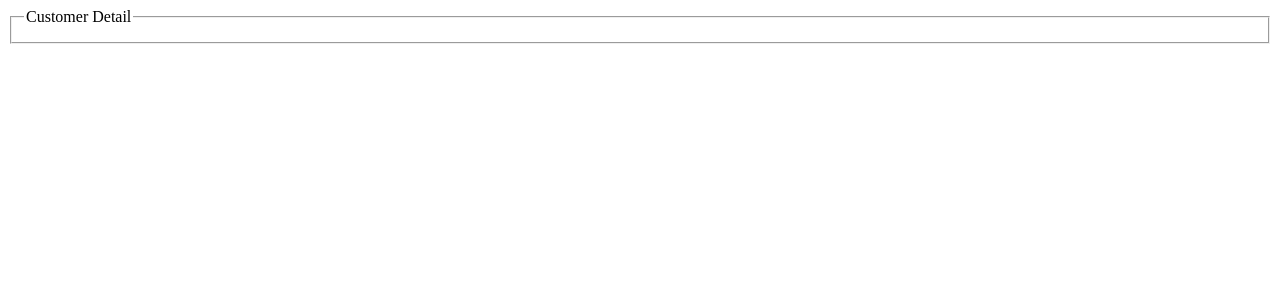
Repository: viram703/SpringBoot
Page: http://localhost/BootJpa/home.jsp
An editor plug-in stored every save of this project. The page is shown before and after the next save, followed by the edit.
The browser window is 1280 px wide. The pictures show the whole page.
The page is served by Tomcat 9.

Above is the page before, as saved 2020-02-21 09:34:01.

After the next save:
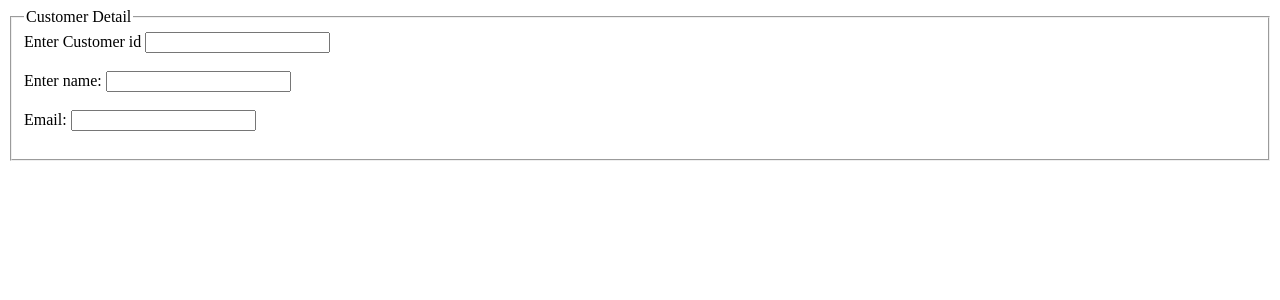
Saved 23 s later.
--- a/Boot/BootJpa/src/main/webapp/home.jsp
+++ b/Boot/BootJpa/src/main/webapp/home.jsp
@@ -9,7 +9,18 @@
 <body>
 <fieldset>
 <legend>Customer Detail</legend>
-<form action="addCustomer"></form>
+<form action="addCustomer">
+
+						<label>Enter Customer id</label>
+						<input type="text" name="id" /> <br></br>
+
+						<label>Enter name:</label>
+						<input type="text" name="name" /> <br></br>
+
+						<label>Email:</label>
+						<input type="text" name="i" /> <br></br>
+
+</form>
 </fieldset>
 
 </body>
